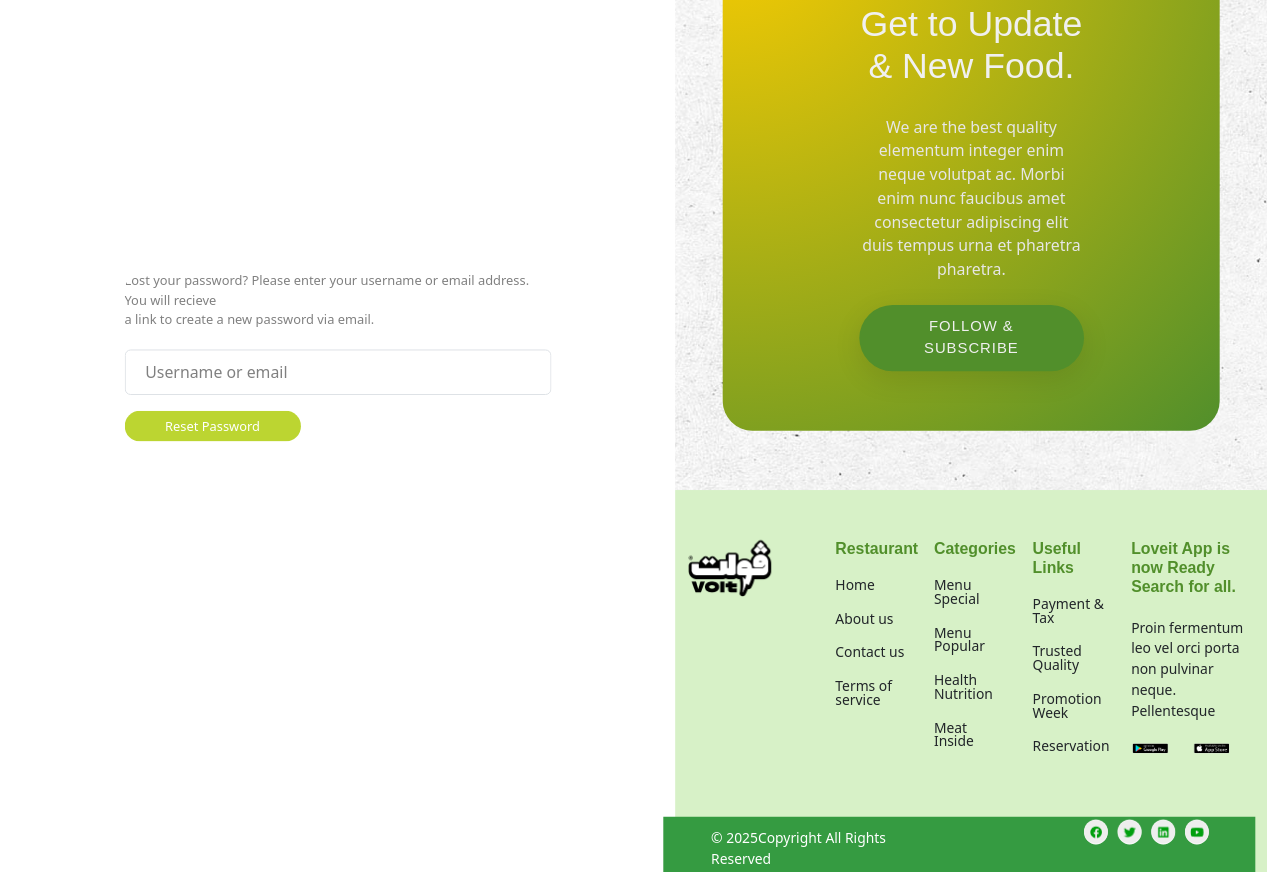
Repository: junivig/volt-new-project
Page: forgot-password.html
These files come from the project's save history. The page is drawn as it stood at one moment and after the next save; the edit follows.
The browser window is 1280 px wide. The pictures show the whole page, at 99% of full size.

Above is the page before, as saved 2025-02-12 14:16:41.

### forgot-password.html
<!DOCTYPE html>
<html lang="en">
<head>
    <meta charset="UTF-8">
    <meta name="viewport" content="width=device-width, initial-scale=1.0">
    <title>Forgot Password</title>
    <!-- Favicons -->
 <link href="assets/img/favicon.png" rel="icon">
 <link href="assets/img/apple-touch-icon.png" rel="apple-touch-icon">

 <!-- Fonts -->
 <link href="https://fonts.googleapis.com" rel="preconnect">
 <link href="https://fonts.gstatic.com" rel="preconnect" crossorigin>
 <link href="https://fonts.googleapis.com/css2?family=Roboto:ital,wght@0,100;0,300;0,400;0,500;0,700;0,900;1,100;1,300;1,400;1,500;1,700;1,900&family=Raleway:ital,wght@0,100;0,200;0,300;0,400;0,500;0,600;0,700;0,800;0,900;1,100;1,200;1,300;1,400;1,500;1,600;1,700;1,800;1,900&family=Ubuntu:ital,wght@0,300;0,400;0,500;0,700;1,300;1,400;1,500;1,700&display=swap" rel="stylesheet">

 <!-- Vendor CSS Files -->
 <link href="assets/vendor/bootstrap/css/bootstrap.min.css" rel="stylesheet">
 <link href="assets/vendor/bootstrap-icons/bootstrap-icons.css" rel="stylesheet">
 <link href="assets/vendor/aos/aos.css" rel="stylesheet">
 <link href="assets/vendor/glightbox/css/glightbox.min.css" rel="stylesheet">
 <link href="assets/vendor/swiper/swiper-bundle.min.css" rel="stylesheet">

  <!-- Main CSS File -->
  <link href="assets/css/main.css" rel="stylesheet">
    <link href="https://cdn.jsdelivr.net/npm/bootstrap@5.3.0/dist/css/bootstrap.min.css" rel="stylesheet">
    <style>
        .btn-light-green {
            background-color: #BCD531 !important;
            color: white !important;
            font-size: small;
            padding: 5px 40px;
            border-radius: 40px;
        }
        .card {
            border: none;
            border-top-left-radius: 20px;
            border-top-right-radius: 20px;
        }
        .form-control {
            padding: 10px 20px;
            color: grey !important;
        }
        .form-control::placeholder {
            color: grey !important;
        }
        .privacy-text {
            color: grey;
            font-size: small;
            margin-bottom: 20px;
        }
    </style>
</head>
<body class="d-flex justify-content-center align-items-center vh-100">
    <div class="container">
        <div class="row justify-content-center">
            <div class="col-md-8">
                <div class="card">
                            <form>
                                <p class="privacy-text">Lost your password? Please enter your username or email address.
                                     You will recieve <br/> a link to create a new password via email.</p>
                                <div class="mb-3">
                                    <input type="email" class="form-control" id="register-email" placeholder="Username or email">
                                </div>
                                <button type="submit" class="btn btn-light-green">Reset Password</button>
                            </form>
                </div>
            </div>
        </div>
    </div>


       <!-- /Subscribe Footer Section -->
  <!-- Footer will be loaded here -->
  <div id="footer-placeholder"></div>

  <script>
    // Load footer.html into the placeholder div
    fetch("footer.html")
        .then(response => response.text())
        .then(data => {
            document.getElementById("footer-placeholder").innerHTML = data;
        })
        .catch(error => console.error("Error loading footer:", error));
</script>

    <script src="https://cdn.jsdelivr.net/npm/bootstrap@5.3.0/dist/js/bootstrap.bundle.min.js"></script>
    <script src="https://cdn.jsdelivr.net/npm/bootstrap@5.3.0/dist/js/bootstrap.bundle.min.js"></script>
</body>
</html>

### footer.html

<!-- Subscribe Footer Section -->
<section class="bg-image">
    <div class="footer-newsletter">
      <div class="container">
        <div class="row justify-content-center text-center">
          <div class="col-lg-6">
            <p class="footer-newsletter-sub-heading">Follow & Subscribe</p>
            <h4 class="footer-newsletter-heading">Get to Update & New Food.</h4>
            <p class="footer-newsletter-text">We are the best quality elementum integer enim neque volutpat ac. Morbi enim nunc
              faucibus amet consectetur adipiscing elit duis tempus urna et pharetra pharetra.</p>
            <div class="mt-4">
              <a href="#about" class="subscribe-button">FOLLOW & SUBSCRIBE</a>
            </div>
          </div>
        </div>
      </div>
    </div>
  </section>


  <footer id="footer" class="footer">
    <div class="container footer-top">
      <div class="row gy-4">
        <div class="col-lg-3 col-md-6 footer-about">
          <a href="index.html" class="logo d-flex align-items-center me-auto">
            <img src="assets/img/logo.png" alt="Logo Image">
          </a>

        </div>

        <div class="col-lg-2 col-md-3 footer-links">
          <h4 class="footer-pages-heading">Restaurant</h4>
          <ul>
            <li> <a href="#">Home</a></li>
            <li> <a href="about.html">About us</a></li>
            <li> <a href="contact.html">Contact us</a></li>
            <li> <a href="privacy-and-policy.html">Terms of service</a></li>
          </ul>
        </div>

        <div class="col-lg-2 col-md-3 footer-links">
          <h4 class="footer-pages-heading">Categories</h4>
          <ul>
            <li> <a href="#">Menu Special</a></li>
            <li> <a href="#">Menu Popular</a></li>
            <li> <a href="#">Health Nutrition</a></li>
            <li> <a href="#">Meat Inside</a></li>
          </ul>
        </div>
        <div class="col-lg-2 col-md-3 footer-links">
          <h4 class="footer-pages-heading">Useful Links</h4>
          <ul>
            <li> <a href="#">Payment & Tax</a></li>
            <li> <a href="#">Trusted Quality</a></li>
            <li> <a href="#">Promotion Week</a></li>
            <li> <a href="#">Reservation</a></li>
          </ul>
        </div>

        <div class="col-lg-3 col-md-12">
          <h4 class="footer-pages-heading">Loveit App is now Ready Search for all.</h4>
          <p>Proin fermentum leo vel orci porta non pulvinar neque. <br> Pellentesque</p>
          <div class="row">
            <div class="col-lg-5 col-md-6 col-sm-12">
              <img src="assets/img/android.png" alt="Google Play Image" class="mobile-app-image">
           </div>
           <div class="col-lg-5 col-md-6 col-sm-12">
            <img src="assets/img/apple.png" alt="Apple Store Image" class="mobile-app-image">
         </div>
        </div>

      </div>
    </div>
    </div>
    <div class="row copyright mt-4">
      <div class="row">
      <div class="col-lg-6 col-md-12 col-sm-12">
        <p class="mt-2">© 2025<span>Copyright All Rights Reserved</span></p>
      </div>
      <div class="col-lg-3 col-md-12 col-md-12">
      </div>
      <div class="col-lg-3 col-md-12 col-md-12 social-media-icons">
        <div class="social-links d-flex text-end">
          <a href=""><img src="assets/img/facebook.png" alt="Logo Image"></a>
          <a href=""><img src="assets/img/twitter.png" alt="Logo Image"></a>
          <a href=""><img src="assets/img/linkedin.png" alt="Logo Image"></i></a>
          <a href=""><img src="assets/img/youtube.png" alt="Logo Image"></i></a>
        </div>
      </div>
      </div>
    </div>
  </footer>

Loaded but not shown: assets/vendor/bootstrap/css/bootstrap.min.css (library); assets/vendor/bootstrap-icons/bootstrap-icons.css (library); assets/vendor/aos/aos.css (library); assets/vendor/glightbox/css/glightbox.min.css (library); assets/vendor/swiper/swiper-bundle.min.css (library); assets/css/main.css (2788 lines, source omitted)

After the next save:
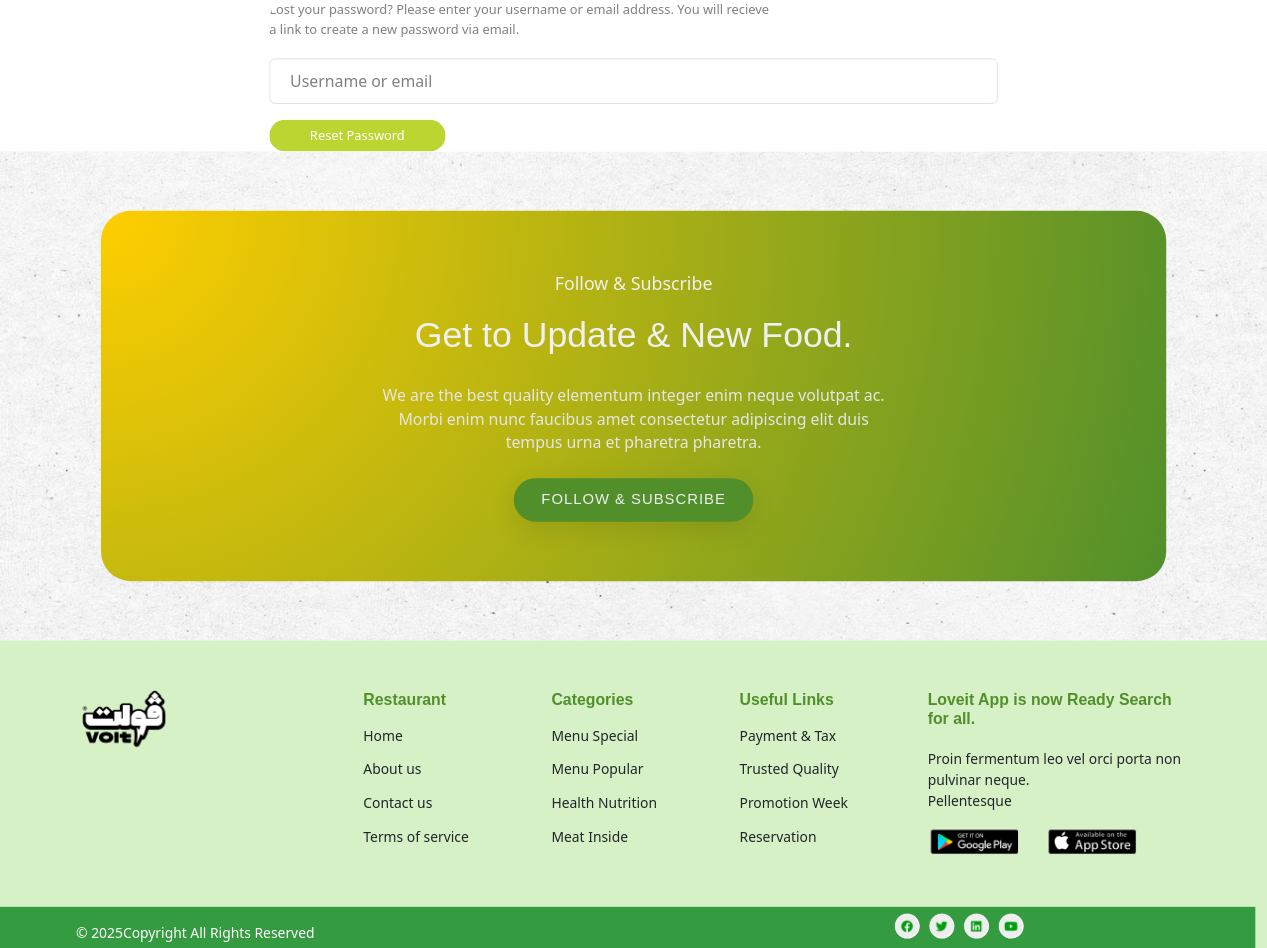
Saved 45 s later.
--- a/forgot-password.html
+++ b/forgot-password.html
@@ -50,7 +50,7 @@
         }
     </style>
 </head>
-<body class="d-flex justify-content-center align-items-center vh-100">
+<body class="">
     <div class="container">
         <div class="row justify-content-center">
             <div class="col-md-8">

After the save that followed:
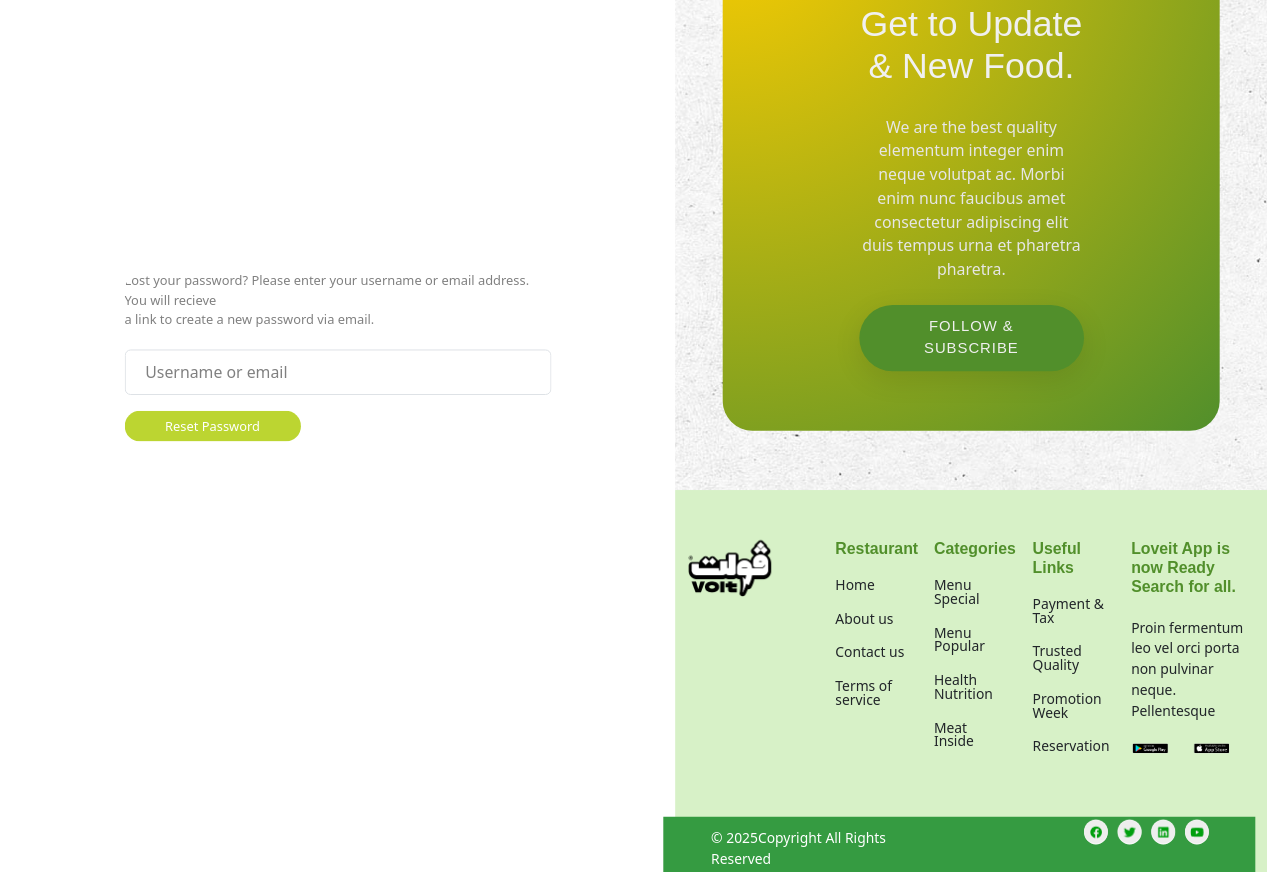
Saved 15 s later.
--- a/forgot-password.html
+++ b/forgot-password.html
@@ -50,7 +50,7 @@
         }
     </style>
 </head>
-<body class="">
+<body class="d-flex justify-content-center align-items-center vh-100">
     <div class="container">
         <div class="row justify-content-center">
             <div class="col-md-8">
